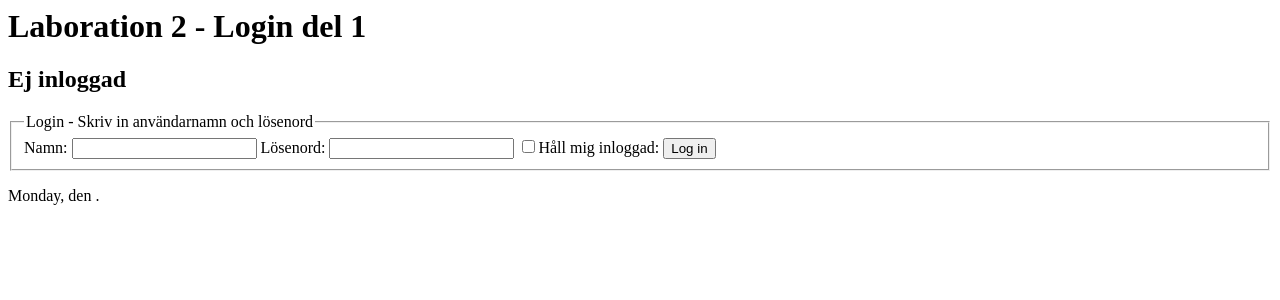
Repository: ed222an/1DV408-Laborationer
Page: http://localhost/
An editor plug-in stored every save of this project. The page is shown before and after the next save, followed by the edit.
The browser window is 1280 px wide. The pictures show the whole page.
The page is run by PHP 8.4 with error messages shown; the project is at /var/www/html/.

Above is the page before, as saved 2014-09-08 12:36:22.

### Labb2/Loginsystem/index.php
<?php
	setlocale(LC_ALL , "swedish");

	echo "<html>
			<head>
				<title>Laboration 2 - Login del 1</title>
				<meta charset='utf-8'>
			</head>
			<body>
				<h1>Laboration 2 - Login del 1</h1>
				<h2>Ej inloggad</h2>
				<form id='loginForm'>
					<fieldset>
						<legend>Login - Skriv in användarnamn och lösenord</legend>
						Namn: <input type='text' name='userName'> Lösenord: <input type='password' name='userPassword'> <input type='checkbox' name='stayLoggedIn'>Håll mig inloggad:
						<button type='submit' form='loginForm' value='Submit'>Log in</button>
					</fieldset>
				</form>
				" . strftime('%A, den ') . ".
			</body>
		</html>";
	//date('l jS \of F Y h:i:s')
?>

After the next save:
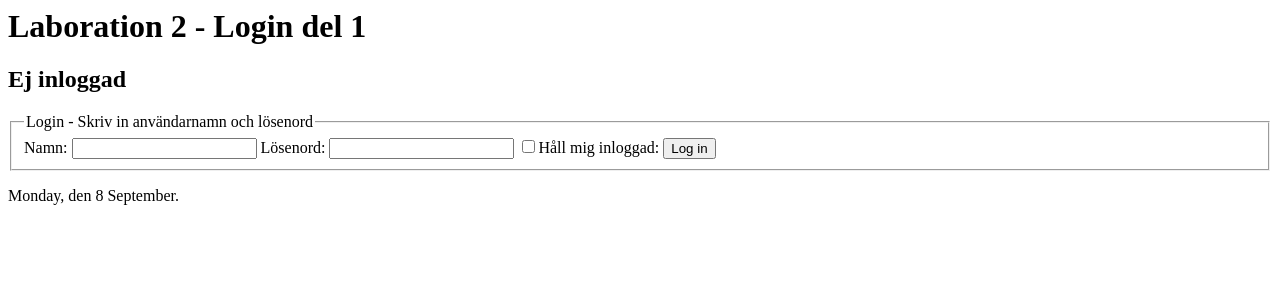
Saved 92 s later.
--- a/Labb2/Loginsystem/index.php
+++ b/Labb2/Loginsystem/index.php
@@ -16,7 +16,7 @@
 						<button type='submit' form='loginForm' value='Submit'>Log in</button>
 					</fieldset>
 				</form>
-				" . strftime('%A, den ') . ".
+				" . strftime('%A, den %e %B') . ".
 			</body>
 		</html>";
 	//date('l jS \of F Y h:i:s')
